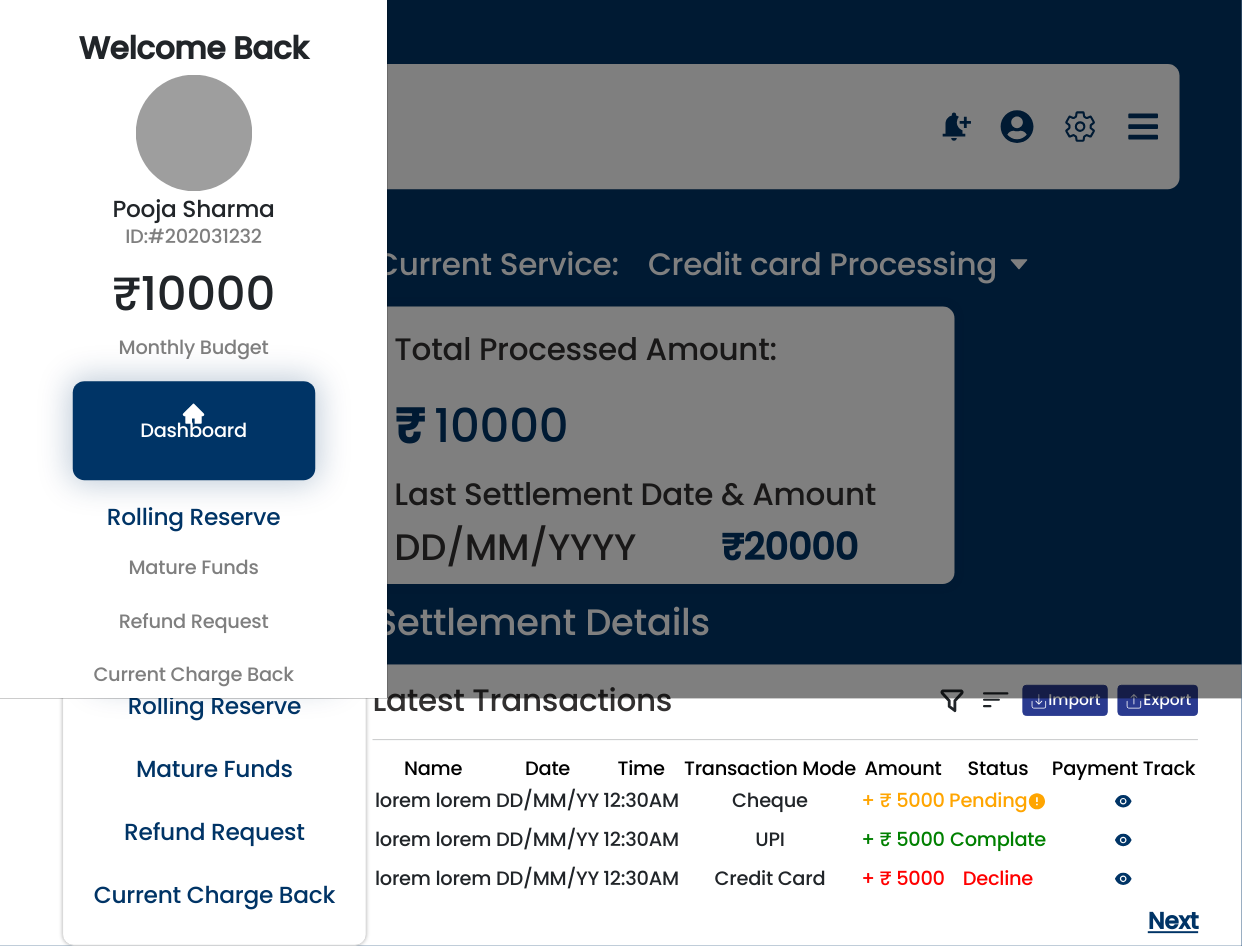
Repository: FlyweisReact/Prashant
Page: /dashboard, after clicking the first element matching `svg.bars`
An editor plug-in stored every save of this project. The page is shown before and after the next save, followed by the edit.
The browser window is 1280 px wide. The pictures show the whole page, at 97% of full size.
Pictures or frames that could not be fetched are drawn as grey boxes. Some web libraries are served in a nearby version. The project was rebuilt for these pictures with package versions that can differ from the ones it lists, and the page was loaded fresh each time. Also part of the build but not shown: src/Pages/CryptoPayment.jsx, src/Pages/CurrentCharge.jsx, src/Styles/Login.module.css, src/Components/Login/LoginFirstSection.jsx, src/Components/Login/LoginMainSection.jsx, src/Pages/Login.jsx, src/Pages/MatureFund.jsx, src/Pages/OpenBanking.jsx and 12 more.

Above is the page before, as saved 2023-03-23 18:09:38.

### public/index.html
<!DOCTYPE html>
<html lang="en">
  <head>
    <meta charset="utf-8" />
    <link rel="icon" href="%PUBLIC_URL%/favicon.ico" />
    <meta name="viewport" content="width=device-width, initial-scale=1" />
    <meta name="theme-color" content="#000000" />
    <meta
      name="description"
      content="Web site created using create-react-app"
    />
    <link rel="apple-touch-icon" href="%PUBLIC_URL%/logo192.png" />
    <link rel="manifest" href="%PUBLIC_URL%/manifest.json" />
    <title>React App</title>
  </head>
  <body>
    <noscript>You need to enable JavaScript to run this app.</noscript>
    <div id="root"></div>
  </body>
  <style>
    @import url("https://fonts.googleapis.com/css2?family=Lilita+One&family=PT+Sans&family=Poppins:wght@500&display=swap");
  </style>
  <script src="https://kit.fontawesome.com/b533b351e4.js" crossorigin="anonymous"></script>
</html>

### src/App.css
/** @format */

.App {
  text-align: center;
}

.App-logo {
  height: 40vmin;
  pointer-events: none;
}
.font-poppins {
  font-family: "Poppins";
}

@media (prefers-reduced-motion: no-preference) {
  .App-logo {
    animation: App-logo-spin infinite 20s linear;
  }
}

.App-header {
  background-color: #282c34;
  min-height: 100vh;
  display: flex;
  flex-direction: column;
  align-items: center;
  justify-content: center;
  font-size: calc(10px + 2vmin);
  color: white;
}

.App-link {
  color: #61dafb;
}

@keyframes App-logo-spin {
  from {
    transform: rotate(0deg);
  }
  to {
    transform: rotate(360deg);
  }
}


/* Normal Css */
.NotificationModal .NotificationModalFirst{
    margin-top: 5px;
    display: flex;
    align-items: center;
    justify-content: space-between;
}
 .NotificationModal .NotificationModalFirst h1{
font-family: 'Poppins';
font-style: normal;
font-weight: 500;
font-size: 24px;
line-height: 18px;
letter-spacing: -0.28px;
color: #000000;
}

.NotificationModal .close {
  position: relative;
  width: 100%;
  height: 40px;
}
.NotificationModal .fa-x{
  position: absolute;
  right: 0px;
  font-size: 22px;
  cursor: pointer;
}
.NotificationModal p{
  font-family: 'Poppins';
  font-style: normal;
  font-weight: 500;
  font-size: 20px;
  line-height: 18px;
  letter-spacing: -0.28px;
  color: #000000;
}

.NotificationModal .NotificationDiv div h1{
  font-family: 'Poppins';
font-style: normal;
font-weight: 400;
font-size: 16px;
line-height: 18px;
letter-spacing: -0.28px;
width: 70%;
}
.NotificationModal .NotificationDiv div p{
  font-family: 'Poppins';
font-style: normal;
font-weight: 300;
font-size: 10px;
line-height: 18px;
letter-spacing: -0.28px;

color: rgba(0, 0, 0, 0.5);
}
.NotificationModal .NotificationDiv div div{
  display: flex;
  justify-content: space-between;
  align-items: center;
}
.NotificationModal .NotificationDiv div div p{
  font-family: 'Poppins';
font-style: normal;
font-weight: 400;
font-size: 12px;
line-height: 18px;
letter-spacing: -0.28px;
margin: 0;
color: rgba(0, 0, 0, 0.5);
}
.NotificationModal .Time{
  font-family: 'Poppins';
  font-style: normal;
  font-weight: 400;
  font-size: 12px;
  line-height: 18px;
  letter-spacing: -0.28px;
  color:  #003466;
}

.NotificationModal .NotificationDiv{
  display: flex;
align-items: center;
gap: 20px;
}
.NotificationModal .NotificationDiv div img{
  width: 60px;
height: 60px;
border-radius: 50%;
}

.modal.fade .modal-dialog .modal-content{
  border-radius: 0px;
}

/* .bars{
  display: none;
} */




.offSideBarMain {
padding: 10px;
text-align: center;
}
.offSideBarMain  h1{
  text-align: center;
  font-family: 'Poppins';
font-style: normal;
font-weight: 700;
font-size: 32px;
margin-top: 5px;
letter-spacing: -0.28px;
}
.offSideBarMain  div{
  width: 100%;
}
.offSideBarMain  div div{
  text-align: center;
}
.offSideBarMain .upper img{
  width: 120px;
height: 120px;
  border-radius: 50%;
}
.offSideBarMain  div div h1{
  font-family: 'Poppins';
font-style: normal;
font-weight: 500;
font-size: 24px;
letter-spacing: -0.28px;
}
.offSideBarMain  div div p{
  font-family: 'Poppins';
font-style: normal;
margin-top: -10px;
font-weight: 300;
font-size: 20px;
line-height: 30px;
letter-spacing: -0.28px;
color: rgba(0, 0, 0, 0.5);
}
.offSideBarMain .TotalBudgetDiv{
  display: flex;
  align-items: center;
  gap: 20px;
  margin: 15px;
}


.offSideBarMain .LinkBox{
  /* display: flex; */
  /* flex-direction: column; */
  text-align: center;
  margin-top: 20px;
}
.offSideBarMain .LinkBox a{
  text-decoration: none;
}
.offSideBarMain .active{
  width: 250px;
  /* height: 65px; */
  /* padding-left: 10px; */
  /* padding-right: 10px; */
  padding: 20px;
  background: #003466;
  box-shadow: 0px 0px 32px 4px rgba(0, 52, 102, 0.25);
  border-radius: 12px;
  display: flex;
  color: white !important;
  justify-content: center;
  align-items: center;
  gap: 5px;
  display: block;
  margin: auto;
  margin-top: 20px;
  margin-bottom: 20px;
}
.offSideBarMain .active p {
  color: #fff;
}

.offSideBarMain .ruppes{
  text-align: center;
  font-size: 48px;
  margin-bottom: 20px;
}
.offSideBarMain .unactive{

  width: 250px;
  height: 65px;
  display: flex;
  display: block;
  margin: auto;
  color:#003466;
  justify-content: center;
  align-items: center;
  gap: 5px;
}
.offSideBarMain .unactive,.active p{
  font-family: 'Poppins';
font-style: normal;
font-weight: 500;
font-size: 24px;
line-height: 36px;
letter-spacing: -0.28px;
}











/* Media Query */
@media (max-width: 780px) {
  .Login_MainDiv__AWrd2 {
    display: block !important;
  }
  .Login_MainDiv__AWrd2 > div {
    width: 100% !important;
    height: 700px !important;
  }
  .Login_LoginMainSection__Yyq5T > div {
    width: 100% !important;
    border-radius: 0px !important;
    box-shadow: none !important;
  }

  .Register_RegisterMainDiv__Hok-C {
    display: block !important;
    width: 100% !important;
  }

  .Register_RegisterFirstSection__0bCb6 > p {
    text-align: center;
    display: block;
    width: 500px;
  }

  .myHr {
    max-width: 400px !important;
    margin: auto !important;
    display: block !important;
  }
  .smallImage {
    width: 100% !important;
  }
  .Register_RegisterMainDiv__Hok-C > div:first-child {
    width: 100% !important;
  }
  .Register_RegisterMainDiv__Hok-C > div:last-child {
    width: 100% !important;
  }
  .Register_InputBoxMain__6Dvtf {
    margin-left: 60px;
  }

  .Register_RegisterTitle__dGsqQ {
    justify-content: center;
  }

  .RegisterTwo_RegisterMainDiv__Oc9\+U {
    display: block !important;
  }
  .RegisterTwo_RegisterMainDiv__Oc9\+U > div:first-child {
    width: 100% !important;
  }

  .RegisterTwo_RegisterMainDiv__Oc9\+U > div:last-child {
    width: 100% !important;
  }

    .bars{
      display: block;
    }
}

### src/Routes/AllRoutes.jsx
import React from "react";
import { Route, Routes } from "react-router-dom";
import { CryptoPayment } from "../Pages/CryptoPayment";
import { CurrentCharge } from "../Pages/CurrentCharge";
import { Dashboard } from "../Pages/Dashboard";
import { Login } from "../Pages/Login";
import { MatureFund } from "../Pages/MatureFund";
import { OpenBanking } from "../Pages/OpenBanking";
import { OtpPage } from "../Pages/OtpPage";
import { Profile } from "../Pages/Profile";
import { RefundRequest } from "../Pages/RefundRequest";
import { Register } from "../Pages/Register";
import { RegisterTwo } from "../Pages/RegisterTwo";
import { RollingReserve } from "../Pages/RollingReserve";

export const AllRoutes = () => {
  return (
    <Routes>
      <Route path="/" element={<Login />} />
      <Route path="/verify-otp" element={<OtpPage />} />
      <Route path="/dashboard" element={<Dashboard />} />
      <Route path="/register" element={<Register />} />
      <Route path="/detail-register" element={<RegisterTwo />} />
      <Route path="/profile" element={<Profile />} />
      <Route path="/rolling-reserve" element={<RollingReserve />} />
      <Route path="/mature-fund" element={<MatureFund />} />
      <Route path="/refund-request" element={<RefundRequest />} />
      <Route path="/current-charge" element={<CurrentCharge />} />
      <Route path="open-banking-service" element={<OpenBanking />} />
      <Route path="/crypto-payment-proccessing" element={<CryptoPayment />} />
    </Routes>
  );
};

### src/Components/SideBar.jsx
import React from "react";
import { AiFillHome } from "react-icons/ai";
import { Link, useLocation } from "react-router-dom";
import styles from "../Styles/SideBar.module.css";
export const SideBar = () => {
  const { pathname } = useLocation();
  return (
    <div className={styles.SideBarMain}>
      <h1>Welcome Back</h1>
      <div>
        <div>
          <img
            src="https://th.bing.com/th/id/OIP.2i5UaEHaQM3PYAYXQyM1AAAAAA?pid=ImgDet&rs=1"
            alt="img"
          />
          <h1>Pooja Sharma</h1>
          <p>ID:#202031232</p>
          <div className={styles.TotalBudgetDiv}>
            <h1>&#x20b9;</h1>
            <h1>10000</h1>
          </div>
          <p>Monthly Budget</p>
        </div>
      </div>
      <div className={styles.LinkBox}>
        <Link to={"/dashboard"}>
          <div
            className={
              pathname === "/dashboard" ? styles.active : styles.unactive
            }
          >
            <AiFillHome size={25} />
            <p>Dashboard</p>
          </div>
        </Link>
        <Link to={"/rolling-reserve"}>
          <div
            className={
              pathname === "/rolling-reserve" ? styles.active : styles.unactive
            }
          >
            <p>Rolling Reserve</p>
          </div>
        </Link>
        <Link to={"/mature-fund"}>
          <div
            className={
              pathname === "/mature-fund" ? styles.active : styles.unactive
            }
          >
            <p>Mature Funds</p>
          </div>
        </Link>
        <Link to={"/refund-request"}>
          <div
            className={
              pathname === "/refund-request" ? styles.active : styles.unactive
            }
          >
            <p>Refund Request</p>
          </div>
        </Link>
        <Link to={"/current-charge"}>
          <div
            className={
              pathname === "/current-charge" ? styles.active : styles.unactive
            }
          >
            <p>Current Charge Back</p>
          </div>
        </Link>
      </div>
    </div>
  );
};

### src/Components/TotalAmountSection.jsx
import React from "react";
import styles from "../Styles/TotalAmountSection.module.css";
export const TotalAmountSection = () => {
  return (
    <div className={styles.MainDiv}>
      <h1>Total Processed Amount:</h1>
      <div className={styles.TotalBudgetDiv}>
        <h1>&#x20b9;</h1>
        <h1>10000</h1>
      </div>
      <h1>Last Settlement Date & Amount</h1>
      <div className={styles.DateSection}>
        <div>
          <p>DD/MM/YYYY</p>
          <h2>&#x20b9;{20000}</h2>
        </div>
      </div>
    </div>
  );
};

### src/Components/CardProccessingModal.jsx
import React from "react";
import { MdOutlineClose } from "react-icons/md";
import { Link } from "react-router-dom";
import styles from "../Styles/CardProccessingModal.module.css";
export const CardProccessingModal = ({ OpenModal, HandleModal }) => {
  console.log(OpenModal);
  return (
    <div className={OpenModal ? styles.modalVisible : styles.modal}>
      <div className={styles.ModalMainDiv}>
        <MdOutlineClose
          onClick={() => HandleModal()}
          size={25}
          className={styles.CloseICon}
        />
        <div>
          <Link to={""}>Credit Card Processing</Link>
          <hr />
          <Link to={"/open-banking-service"}>Open Banking Service</Link>
          <hr />
          <Link to={"/crypto-payment-proccessing"}>
            Crypto payment processing
          </Link>
        </div>
      </div>
    </div>
  );
};

### src/Components/DeclineModal.jsx
import React from "react";
import { MdOutlineClose } from "react-icons/md";
import styles from "../Styles/DeclineModal.module.css";
import { IoMdCheckmarkCircle } from "react-icons/io";
import { RiErrorWarningFill } from "react-icons/ri";
import { BsCircleFill } from "react-icons/bs";
export const DeclineModal = ({ OpenModal, HandleModal }) => {
  return (
    <div className={OpenModal ? styles.modalVisible : styles.modal}>
      <div className={styles.ModalMainDiv}>
        <MdOutlineClose
          onClick={() => HandleModal()}
          size={25}
          className={styles.CloseICon}
        />
        <div>
          <h1>Payment Details</h1>
          <hr style={{ height: "4px", background: "white" }} />
          <div className={styles.paymentDetailMainDiv}>
            <div className={styles.PaymentDetails}>
              <div>
                <p>Transaction ID:</p>
                <p>545454545</p>
              </div>
              <div>
                <p>To:</p>
                <p>Loren loren Epsom ( Company Name)</p>
              </div>
              <div>
                <p>From:</p>
                <p>Loren loren Epsom (Merchant Company)</p>
              </div>
              <div>
                <p>Transaction Mode:</p>
                <p>Card</p>
              </div>
            </div>
            <div className={styles.paymentTimeline}>
              <p>Payment Timeline</p>
              <div>
                <div className={styles.VerticalLine}></div>
                <div className={styles.PaymentStatus}>
                  <IoMdCheckmarkCircle
                    size={25}
                    className={styles.Icons}
                    color="green"
                  />
                  <p>Payment Started</p>
                </div>
                <div className={styles.PaymentStatus}>
                  <RiErrorWarningFill
                    size={25}
                    className={styles.Icons}
                    color="red"
                  />
                  <p>Payment Failed To complete</p>
                </div>
                <div className={styles.PaymentStatus}>
                  <BsCircleFill
                    size={25}
                    className={styles.Icons}
                    color="white"
                  />
                  <p>Payment Successful</p>
                </div>
              </div>
              <hr />
              <div className={styles.ReasonsDiv}>
                <p>Reason:</p>
                <p> Account Coded (Credit Rating) </p>
              </div>
              <div className={styles.ReasonsDiv}>
                <p>Code:</p>
                <p> 505 </p>
              </div>
              <div className={styles.ReasonsDiv}>
                <p>Description:</p>
                <p>
                  {" "}
                  The account the customer used for the attempted transaction
                  has a negative credit rating.{" "}
                </p>
              </div>
            </div>
          </div>
        </div>
      </div>
    </div>
  );
};

### src/Styles/SideBar.module.css
.SideBarMain{
    position: absolute;
    width: 314px;
/* height: 789px; */
left: 25%px;
top: 35%;
background: #FFFFFF;
border: 1px solid #D9D9D9;
box-shadow: 0px 0px 4px rgba(0, 0, 0, 0.25);
border-radius: 12px;
padding: 10px;
}
.SideBarMain>h1{
    text-align: center;
    font-family: 'Poppins';
font-style: normal;
font-weight: 700;
font-size: 32px;
margin-top: 5px;
letter-spacing: -0.28px;
}
.SideBarMain>div{
    width: 100%;
    display: flex;
    align-items: center;
    justify-content: center;
}
.SideBarMain>div>div{
    text-align: center;
}
.SideBarMain>div>div>img{
    width: 120px;
height: 121px;
    border-radius: 50%;
}
.SideBarMain>div>div>h1{
    font-family: 'Poppins';
font-style: normal;
font-weight: 500;
font-size: 24px;
letter-spacing: -0.28px;
}
.SideBarMain>div>div>p{
    font-family: 'Poppins';
font-style: normal;
margin-top: -10px;
font-weight: 300;
font-size: 20px;
line-height: 30px;
letter-spacing: -0.28px;
color: rgba(0, 0, 0, 0.5);
}
.TotalBudgetDiv{
    display: flex;
    align-items: center;
    gap: 20px;
    margin: 15px;
}
.TotalBudgetDiv>h1:first-child{
    font-family: 'Poppins';
font-style: normal;
font-weight: 700;
font-size: 48px;
line-height: 72px;
letter-spacing: -0.28px;
}
.TotalBudgetDiv>h1{
    font-family: 'Poppins';
    font-style: normal;
    font-weight: 500;
    font-size: 48px;
    line-height: 72px;
    margin: 0;
    letter-spacing: -0.28px;
}
.LinkBox{
    display: flex;
    flex-direction: column;
    margin-top: 20px;
}
.LinkBox>a{
    text-decoration: none;
}
.active{
    width: 250px;
    height: 65px;
    padding-left: 10px;
    padding-right: 10px;
    background: #003466;
    box-shadow: 0px 0px 32px 4px rgba(0, 52, 102, 0.25);
    border-radius: 12px;
    display: flex;
    color: white;
    justify-content: center;
    align-items: center;
    gap: 5px;

}
.unactive{
    width: 250px;
    height: 65px;
    display: flex;

    color:#003466;
    justify-content: center;
    align-items: center;
    gap: 5px;
}
.unactive,.active >p{
    font-family: 'Poppins';
font-style: normal;
font-weight: 500;
font-size: 24px;
line-height: 36px;
letter-spacing: -0.28px;
}

### src/Styles/TotalAmountSection.module.css
.MainDiv{
    display:flex;
    flex-direction: column;
    margin-top: 20px;
    width: 72%;
height: 286px;
background: #FFFFFF;
box-shadow: 0px 0px 10px rgba(0, 52, 102, 0.3);
border-radius: 12px;
}
.MainDiv>h1{
    font-family: 'Poppins';
    font-style: normal;
    font-weight: 500;
    font-size: 32px;
    line-height: 48px;
    letter-spacing: -0.28px;
    color: #333131;
    margin: 20px;
}
.TotalBudgetDiv{
    display: flex;
    align-items: center;
    gap: 30px;
    margin-left: 20px;
  margin-top: -30px;
  margin-bottom: -40px;
}
.TotalBudgetDiv>h1:first-child{
    font-family: 'Poppins';
font-style: normal;
font-weight: 700;
margin: 0;
font-size: 50px;
line-height: 72px;
letter-spacing: -0.28px;
color: #003466;
}
.TotalBudgetDiv>h1{
    font-family: 'Poppins';
    font-style: normal;
    font-weight: 500;
    font-size: 48px;
    line-height: 72px;
    margin: 0;
    letter-spacing: -0.28px;
    color: #003466;
}
.DateSection>div{
    width: 80%;
    margin-top: -50px;
    /* background-color: rebeccapurple; */
    display: flex;
    justify-content: space-between;
    align-items: center;
    margin-left: 20px;
}
.DateSection>div>p{
   font-family: 'Poppins';
font-style: normal;
font-weight: 500;
font-size: 38px;
line-height: 60px;
/* identical to box height */
margin: 0;
letter-spacing: -0.28px;
color: #333131;
}
.DateSection>div>h2{
    margin: 0;
    font-family: 'Poppins';
font-style: normal;
font-weight: 600;
font-size: 38px;
line-height: 60px;
letter-spacing: -0.28px;
color: #003466;
}

### src/Styles/CardProccessingModal.module.css
.modal{
    display: none;
  position: fixed;
  z-index: 1;
  left: 0%;
  top: 0;
  width: 100%;
  height: 100%;
  overflow: auto;
  background-color: rgb(0,0,0);
  background-color: rgba(0,0,0,0.4);
}
.modalVisible{
    display :block;
    position: fixed;
    z-index: 1;
    left: 0%;
    top: 0;
    width: 100%;
    height: 100%;
    /* margin-bottom: 20px; */
    overflow: auto;
    background-color: rgb(0,0,0);
    background-color: rgba(0,0,0,0.4);
}
.CloseICon{
    position: absolute;
    right: 3%;
    top: 5%;
    cursor: pointer;
}
.MainTitle{
    display: flex;
    border: 1px solid blue;
}
.ModalMainDiv{
    position:absolute;
    margin: auto;
    /* width: 435px; */
height: 221px;
background: #FFFFFF;
border-radius: 4px;

    top: 38%;
    left: 60%;

}
.ModalMainDiv>div{
    margin: 30px;
}
.ModalMainDiv>div>a{
    text-decoration: none;
    height: 50px;
    font-family: 'Poppins';
font-style: normal;
font-weight: 500;
font-size: 32px;
line-height: 40px;
letter-spacing: -0.28px;

color: #333333;
}

Loaded but not shown: src/index.css (common file); src/reportWebVitals.js (common file); src/index.js (18 lines, source omitted); src/App.js (13 lines, source omitted); src/Components/Dashboard/UserInfoPopUp.jsx (220 lines, source omitted); src/Pages/Dashboard.jsx (184 lines, source omitted); src/Styles/Dashboard.module.css (205 lines, source omitted); src/Components/PaymentPendingModal.jsx (96 lines, source omitted); src/Styles/PaymentPendingModal.module.css (195 lines, source omitted); src/Styles/DeclineModal.module.css (195 lines, source omitted)

After the next save:
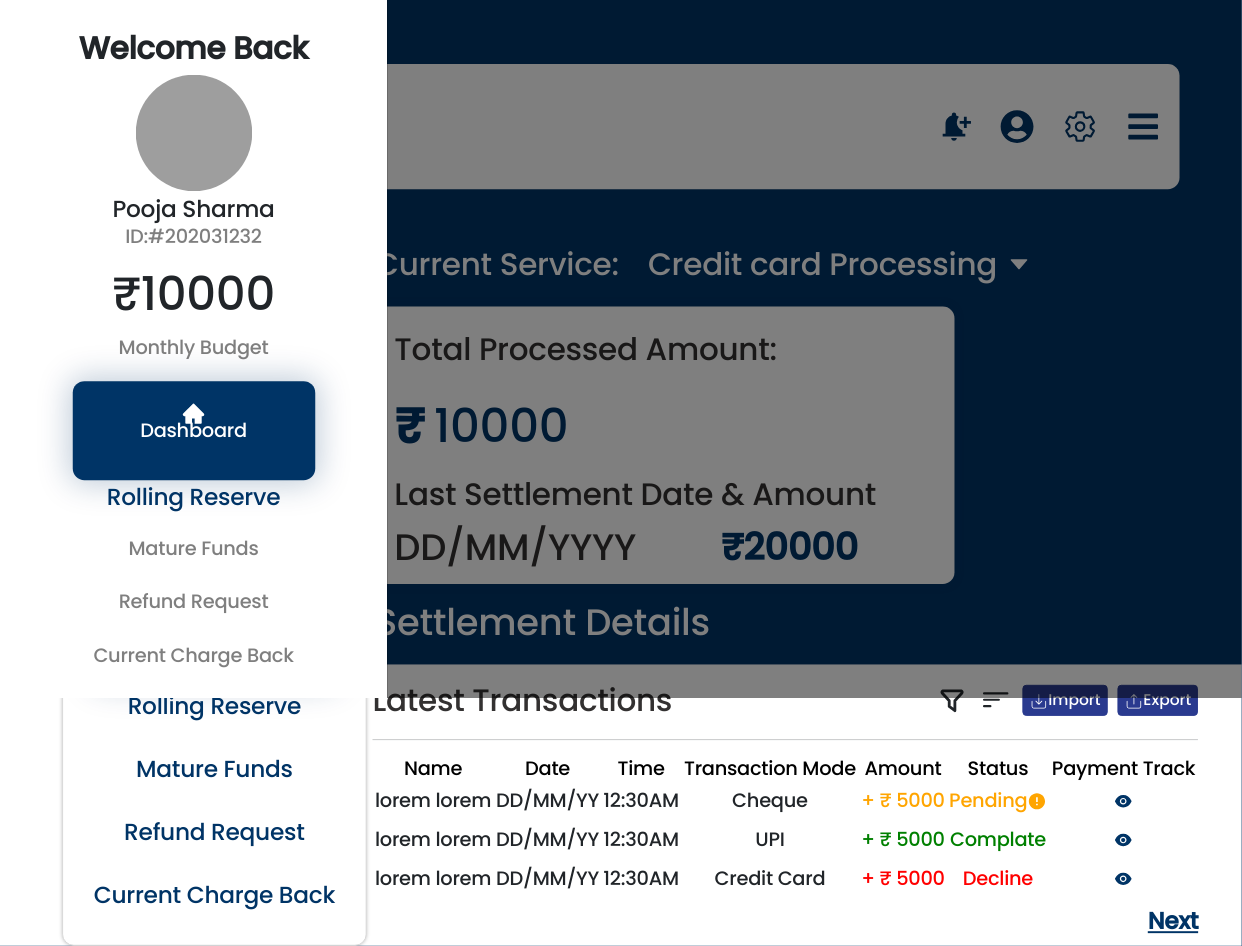
Saved 5 s later.
--- a/src/App.css
+++ b/src/App.css
@@ -221,8 +221,6 @@ color: rgba(0, 0, 0, 0.5);
   gap: 5px;
   display: block;
   margin: auto;
-  margin-top: 20px;
-  margin-bottom: 20px;
 }
 .offSideBarMain .active p {
   color: #fff;
